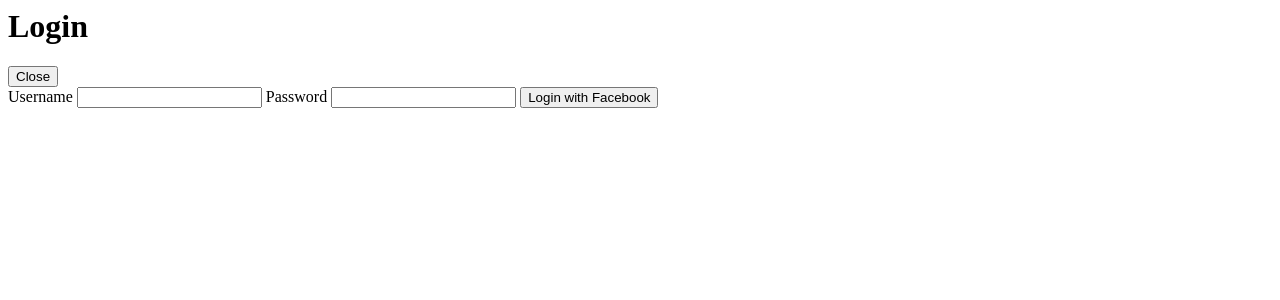
Repository: agustinbaretto/rainbow
Page: Rainbow/www/templates/login.html
The author's editor kept a record of every edit. The page is drawn from the files as they stood at one moment, then again after the next edit.
The browser window is 1280 px wide. The pictures show the whole page.

Above is the page before.

After the next edit:
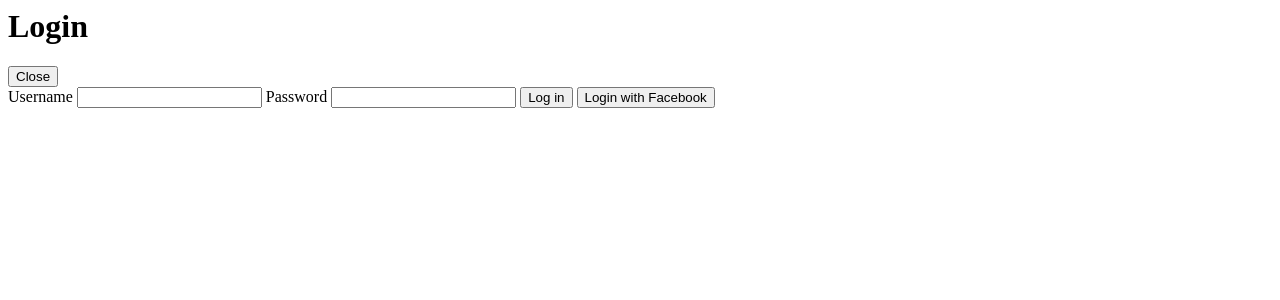
The edit:
--- a/Rainbow/www/templates/login.html
+++ b/Rainbow/www/templates/login.html
@@ -16,7 +16,7 @@
           <span class="input-label">Password</span>
           <input type="password" ng-model="loginData.password">
         </label>
-        <!--label class="item">
+        <label class="item">
           <button class="button button-block button-positive" type="submit">Log in</button>
         </label-->
         <button class="button button-block button-positive" ng-click="fbLogin()">
